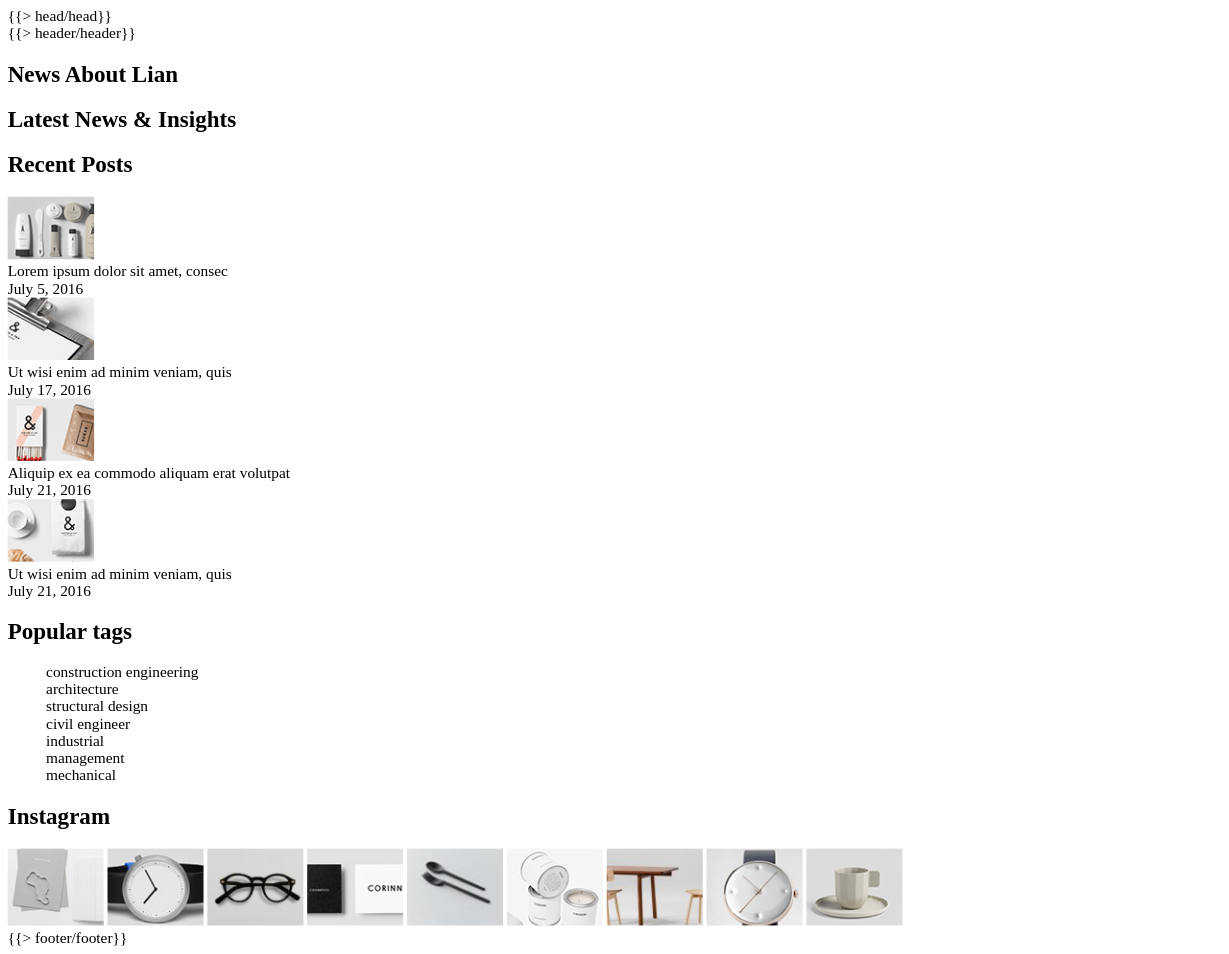
Repository: nataliiasaltan/Lian
Page: src/blog.html
An editor plug-in stored every save of this project. The page is shown before and after the next save, followed by the edit.
The browser window is 1280 px wide. The pictures show the whole page, at 96% of full size.

Above is the page before, as saved 2020-05-23 13:22:47.

After the next save:
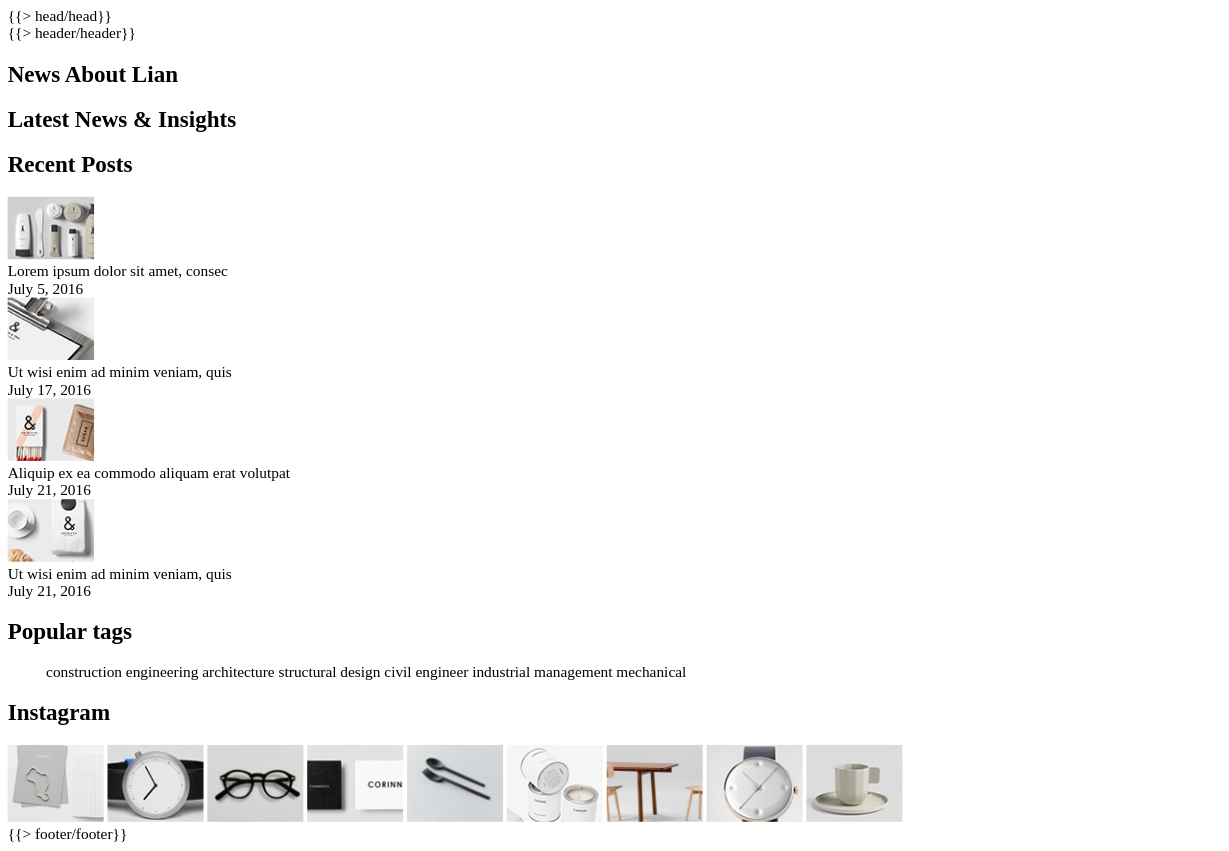
Saved 36 s later.
--- a/src/blog.html
+++ b/src/blog.html
@@ -81,12 +81,12 @@
                             <ul class="aside__inner wrapper">
                                 <a class="aside__link">construction</a>
                                 <a class="aside__link">engineering</a>
-                                <div class="aside__link">architecture</div>
-                                <div class="aside__link">structural design</div>
-                                <div class="aside__link">civil engineer</div>
-                                <div class="aside__link">industrial</div>
-                                <div class="aside__link">management</div>
-                                <div class="aside__link">mechanical</div>
+                                <a class="aside__link">architecture</a>
+                                <a class="aside__link">structural design</a>
+                                <a class="aside__link">civil engineer</a>
+                                <a class="aside__link">industrial</a>
+                                <a class="aside__link">management</a>
+                                <a class="aside__link">mechanical</a>
                             </ul>
                         </div>
                         <div class="aside__wrapper">
